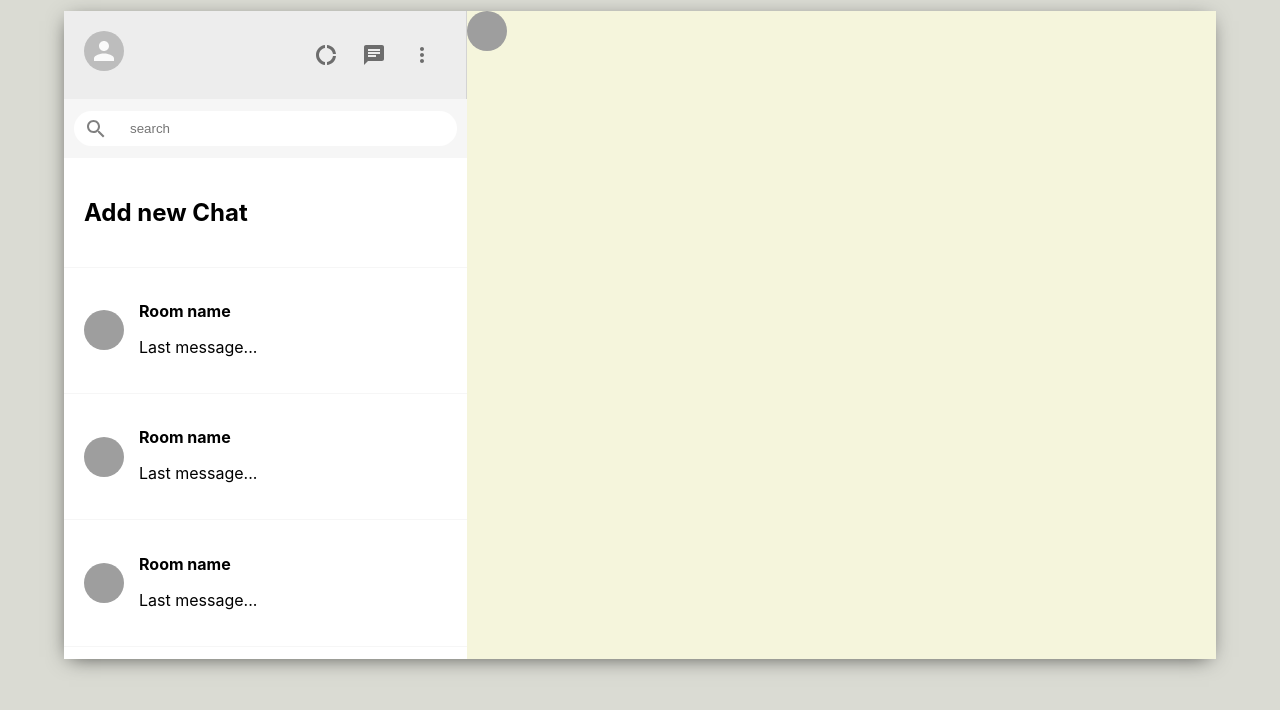
Repository: om1ars/functinal-chat
Page: /
The author's editor kept a copy of each file at every save. The page is drawn from the files as they stood at one save, then again after a run of saves.
The browser window is 1280 px wide. The pictures show the whole page.
Pictures or frames that could not be fetched are drawn as grey boxes. The project was rebuilt for these pictures with package versions that can differ from the ones it lists, and the page was loaded fresh each time.

Above is the page before, as saved 2021-11-22 14:22:44.

### src/App.js
import "./App.css";
import Chat from "./components/Chat";
import Sidebar from "./components/Sidebar";

function App() {
  return (
    <div className="app">
      <div className="app__body">
        <Sidebar />
        <Chat />
      </div>
    </div>
  );
}

export default App;

### src/App.css
.app {
  background-color: #dadbd3;
  height: 100vh;
  display: grid;
  place-items: center;
}
.app__body {
  display: flex;
  width: 90vw;
  background-color: #ededed;
  margin-top: -50px;
  box-shadow: -1px 4px 20px -6px rgba(0, 0, 0, 0.7);
  height: 90vh;
}

### src/components/Chat.js
import { Avatar } from "@material-ui/core";
import React, { useEffect } from "react";
import "./Chat.css";

export default function Chat() {
  const [seed, setSeed] = React.useState("");

  useEffect(() => {
    setSeed(Math.floor(Math.random() * 5000));
  }, []);
  return (
    <div className="chat">
      <div className="chat__header">
        <Avatar src={`https://avatars.dicebear.com/api/human/${seed}.svg`} />
      </div>
      <div className="chat__body">
          <div className='chat__headerInfo'>

              <h3></h3>
          </div>
      </div>
      <div className="chat__footer"></div>
    </div>
  );
}

### src/components/Sidebar.js
import React from "react";
import "./Sisdebar.css";
import { Avatar, IconButton } from "@material-ui/core";
import { DonutLarge, Chat, MoreVert, SearchOutlined } from "@material-ui/icons";
import SidebarChat from "./SidebarChat";
function Sidebar() {
  return (
    <div className="sidebar">
      <div className="sidebar__header">
        <Avatar />
        <div className="sidebar__headerRight">
          <IconButton>
            <DonutLarge />
          </IconButton>
          <IconButton>
            <Chat />
          </IconButton>
          <IconButton>
            <MoreVert />
          </IconButton>
        </div>
      </div>
      <div className="sidebar__search">
        <div className="sidebar__searchContainer">
          <SearchOutlined />
          <input placeholder="search" type="text" />
        </div>
      </div>
      <div className="sidebar__chats">
        <SidebarChat addNewChat="Add new chat" />
        <SidebarChat  />
        <SidebarChat  />
        <SidebarChat  />
        <SidebarChat  />
        <SidebarChat  />
        <SidebarChat  />
      </div>
    </div>
  );
}

export default Sidebar;

### src/components/Chat.css
.chat {
  flex: 0.65;
  background-color: beige;
}

### src/components/Sisdebar.css
.sidebar__header {
  display: flex;
  justify-content: space-between;
  padding: 20px;
  border-right: 1px solid lightgray;
}
.sidebar {
  flex: 0.35;
  display: flex;
  flex-direction: column;
}
.sidebar__headerRight {
  display: flex;
  align-items: center;
  justify-content: space-between;
  min-width: 10vw;
}

.sidebar__headerRight > .MuiSvgIcon-root {
  margin-right: 2vw;
  font-size: 24px !important;
}
.sidebar__search {
  display: flex;
  align-items: center;
  background-color: #f6f6f6;
  height: 39px;
  padding: 10px;
}
.sidebar__searchContainer {
  display: flex;
  align-items: center;
  background-color: white;
  width: 100%;
  height: 35px;
  border-radius: 25px;
}
.sidebar__searchContainer > input {
  border: none;
  margin-left: 10px;
  outline: none;
}
.sidebar__searchContainer > .MuiSvgIcon-root {
  color: gray;
  padding: 10px;
}

.sidebar__chats {
  flex: 1;
  background-color: white;
  overflow: scroll;
}

### src/components/SidebarChat.js
import { Avatar } from "@material-ui/core";
import React, { useEffect, useState } from "react";
import "./SidebarChat.css";

export default function SidebarChat({ addNewChat }) {
  const [seed, setSeed] = useState("");
  const createChat = () => {
    const roomName = prompt("Please enter e roomname");

    if(roomName){

    }
  };

  useEffect(() => {
    setSeed(Math.floor(Math.random() * 5000));
  }, []);
  return !addNewChat ? (
    <div className="sidebarChat">
      <Avatar src={`https://avatars.dicebear.com/api/human/${seed}.svg`} />
      <div className="sidebarChat__info">
        <h2>Room name</h2>
        <p>Last message...</p>
      </div>
    </div>
  ) : (
    <div onClick={createChat} className="sidebarChat">
      <h2>Add new Chat</h2>
    </div>
  );
}

### src/components/SidebarChat.css
.sidebarChat {
  display: flex;
  padding: 20px;
  cursor: pointer;
  border-bottom: 1px solid #f6f6f6;
  align-items: center;
}
.sidebarChat:hover {
  background-color: #ebebeb;
}
.sidebarChat__info > h2 {
  font-size: 16px;
  margin-bottom: 8px;
}
.sidebarChat__info {
  margin-left: 15px;
}

Loaded but not shown: public/index.html (common file); src/index.js (common file); src/index.css (common file)

After the next 2 saves:
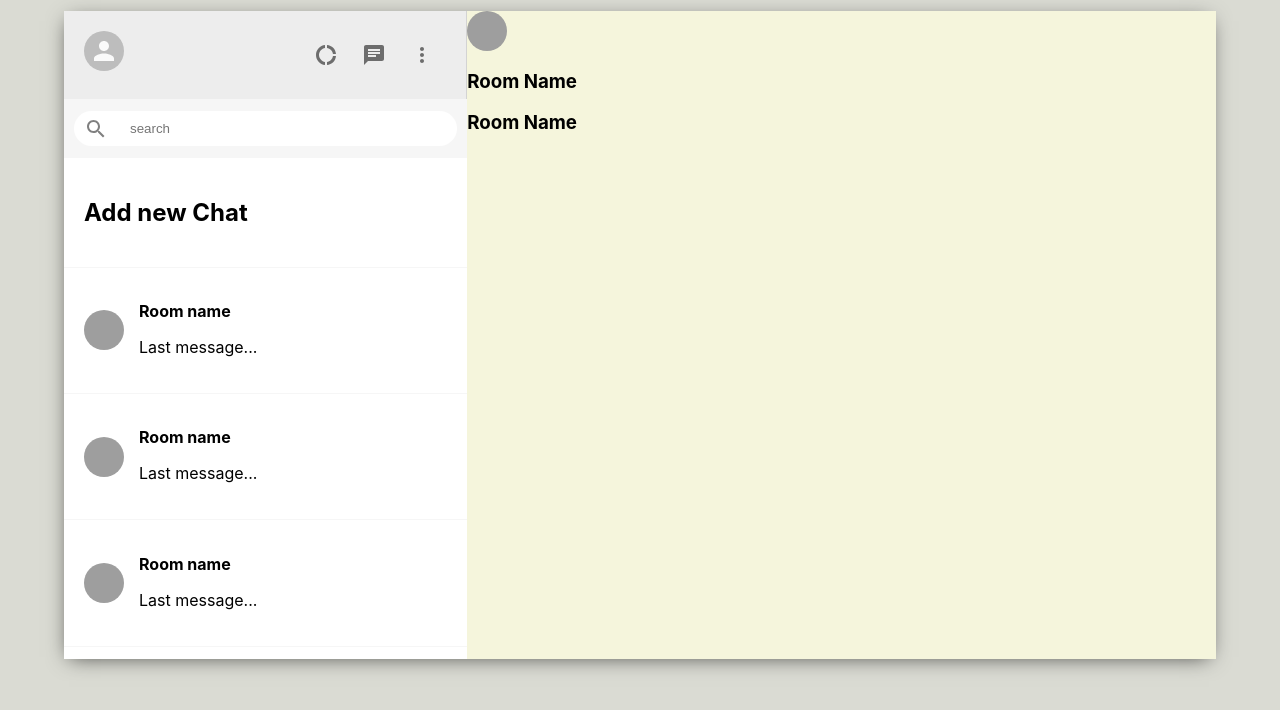
The 2 saves are shown as one change because they came seconds apart.
The last was saved 6 s later.
--- a/src/components/Chat.js
+++ b/src/components/Chat.js
@@ -16,7 +16,8 @@ export default function Chat() {
       <div className="chat__body">
           <div className='chat__headerInfo'>
 
-              <h3></h3>
+              <h3>Room Name</h3>
+              <h3>Room Name</h3>
           </div>
       </div>
       <div className="chat__footer"></div>
